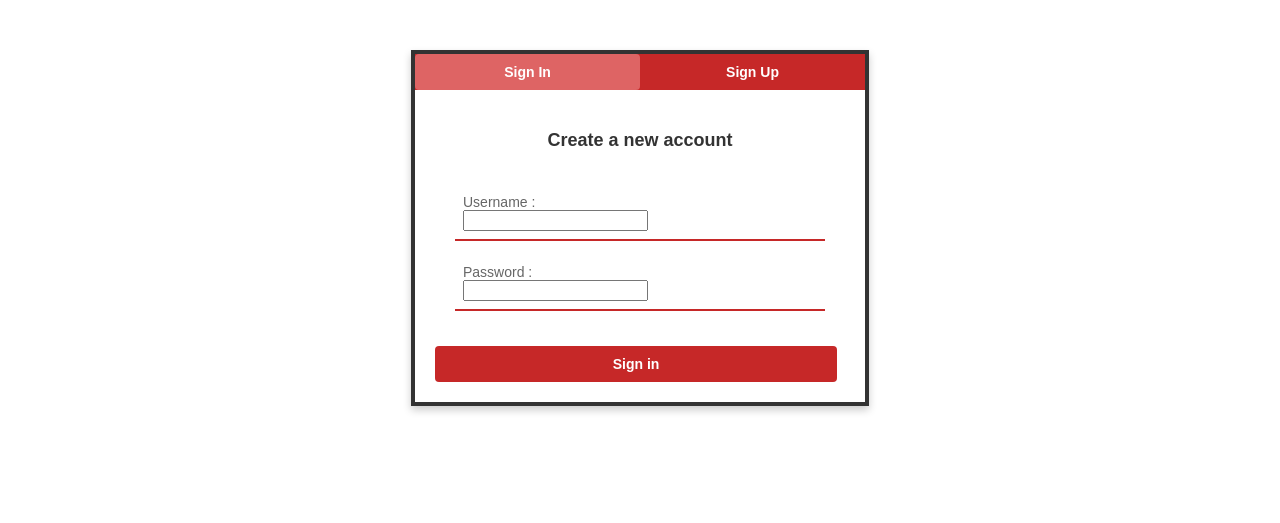
Repository: sebounti/holbertonschool-cinema-guru
Page: / (app in cinema-guru/)
An editor plug-in stored every save of this project. The page is shown before and after the next save, followed by the edit.
The browser window is 1280 px wide. The pictures show the whole page.
The project was rebuilt for these pictures with package versions that can differ from the ones it lists, and the page was loaded fresh each time. Also part of the build but not shown: cinema-guru/src/routes/dashboard/dashboard.css, cinema-guru/src/components/navigation/navigation.css, cinema-guru/src/components/navigation/Header.js, cinema-guru/src/components/components.css, cinema-guru/src/components/Activity.js, cinema-guru/src/components/navigation/SideBar.js, cinema-guru/src/components/movies/movies.css, cinema-guru/src/components/movies/MovieCard.js and 9 more.

Above is the page before, as saved 2024-11-02 22:27:36.

After the next save:
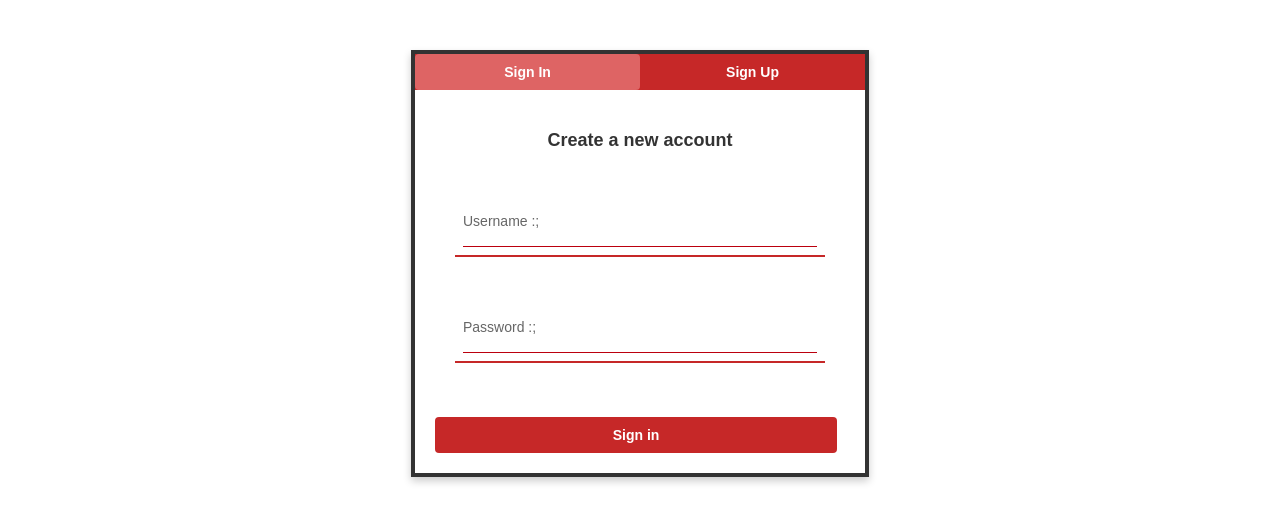
Saved 18 s later.
--- a/cinema-guru/src/components/general/Input.js
+++ b/cinema-guru/src/components/general/Input.js
@@ -1,8 +1,8 @@
 import "./general.css";
+import { FontAwesomeIcon } from "@fortawesome/react-fontawesome";
 import React from "react";
-import { FontAwesomeIcon } from "@fortawesome/react-fontawesome";
 
-const Input = ({
+export default function Input({
   label,
   type,
   className,
@@ -10,29 +10,22 @@ const Input = ({
   setValue,
   icon,
   inputAttributes,
-}) => {
+}) {
   const handleInput = (event) => {
     setValue(event.target.value);
   };
-
-  const id = `input-${label.replace(/\s/g, "").toLowerCase()}`;
-
   return (
-    <div className={`input-container ${className}`}>
-      <div className="icon-label">
-        {icon && <FontAwesomeIcon icon={icon} />}
-        <label htmlFor={id}>{label}</label>
-      </div>
+    <span className={"text-input " + className}>
+      <label>
+        {icon && <FontAwesomeIcon icon={icon} className="icon" />}
+        {label};
+      </label>
       <input
-        id={id}
-        name={id}
         type={type}
         value={value}
         onChange={handleInput}
         {...inputAttributes}
       />
-    </div>
+    </span>
   );
-};
-
-export default Input;
+}
